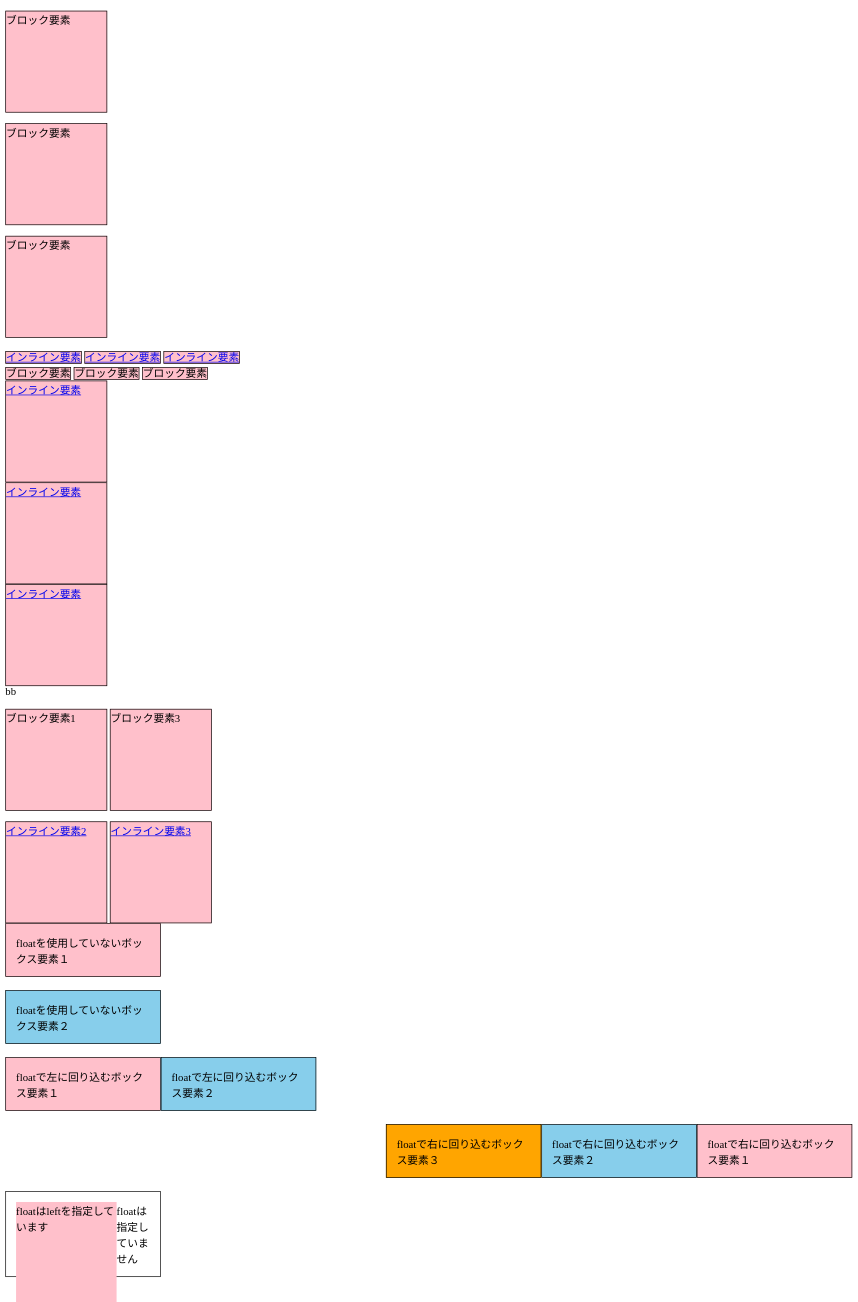
Repository: syokaturyou/potepan
Page: index4.html
The author's editor kept a record of every edit. The page is drawn from the files as they stood at one moment, then again after the next edit.
The browser window is 1280 px wide. The pictures show the whole page, at 67% of full size.

Above is the page before.

After the next edit:
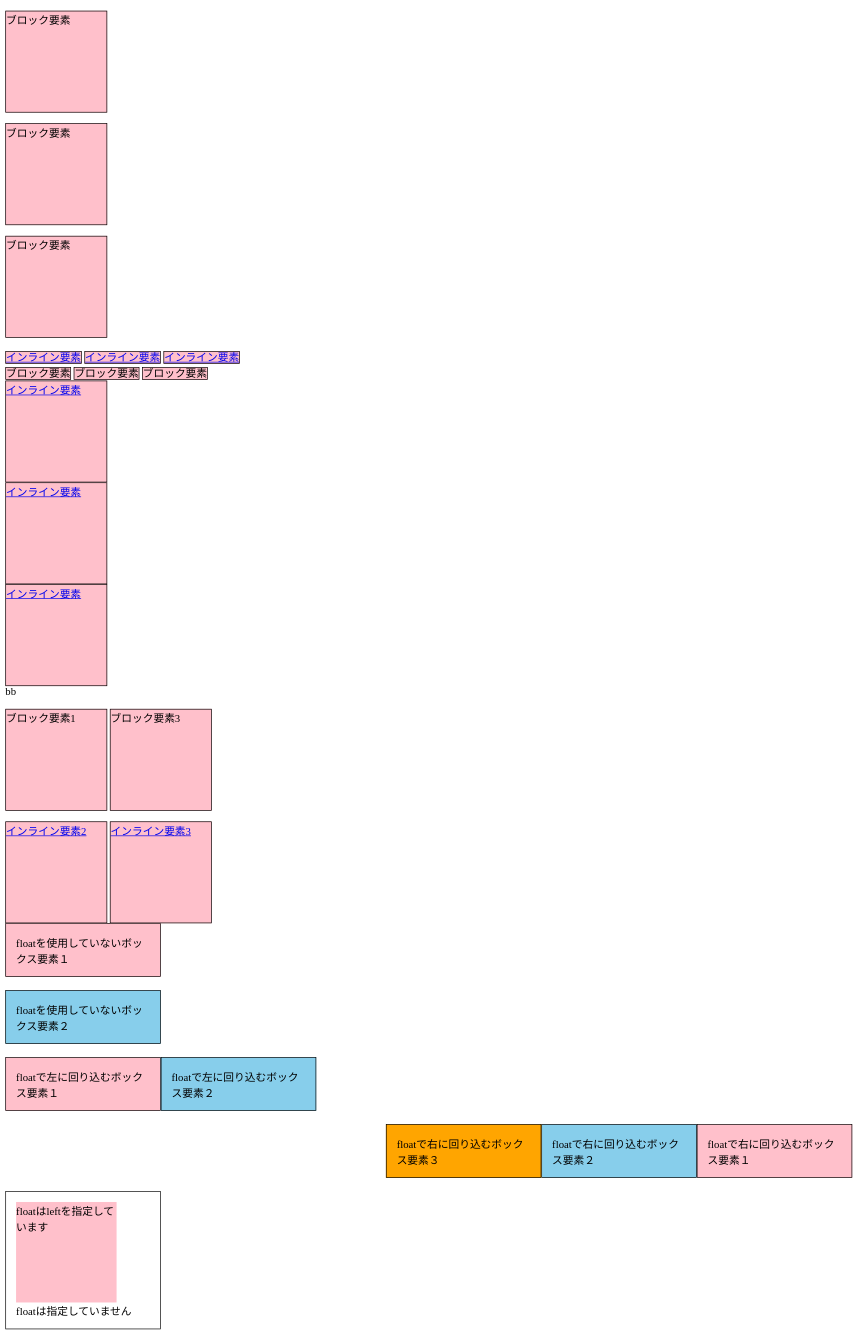
The edit:
--- a/index4.html
+++ b/index4.html
@@ -84,6 +84,7 @@
 
     <div class="box">
       <div class="left_a">floatはleftを指定しています</div>
+       <div class="clear">
       <div class="left_c">floatは指定していません</div>
     </div>
 
